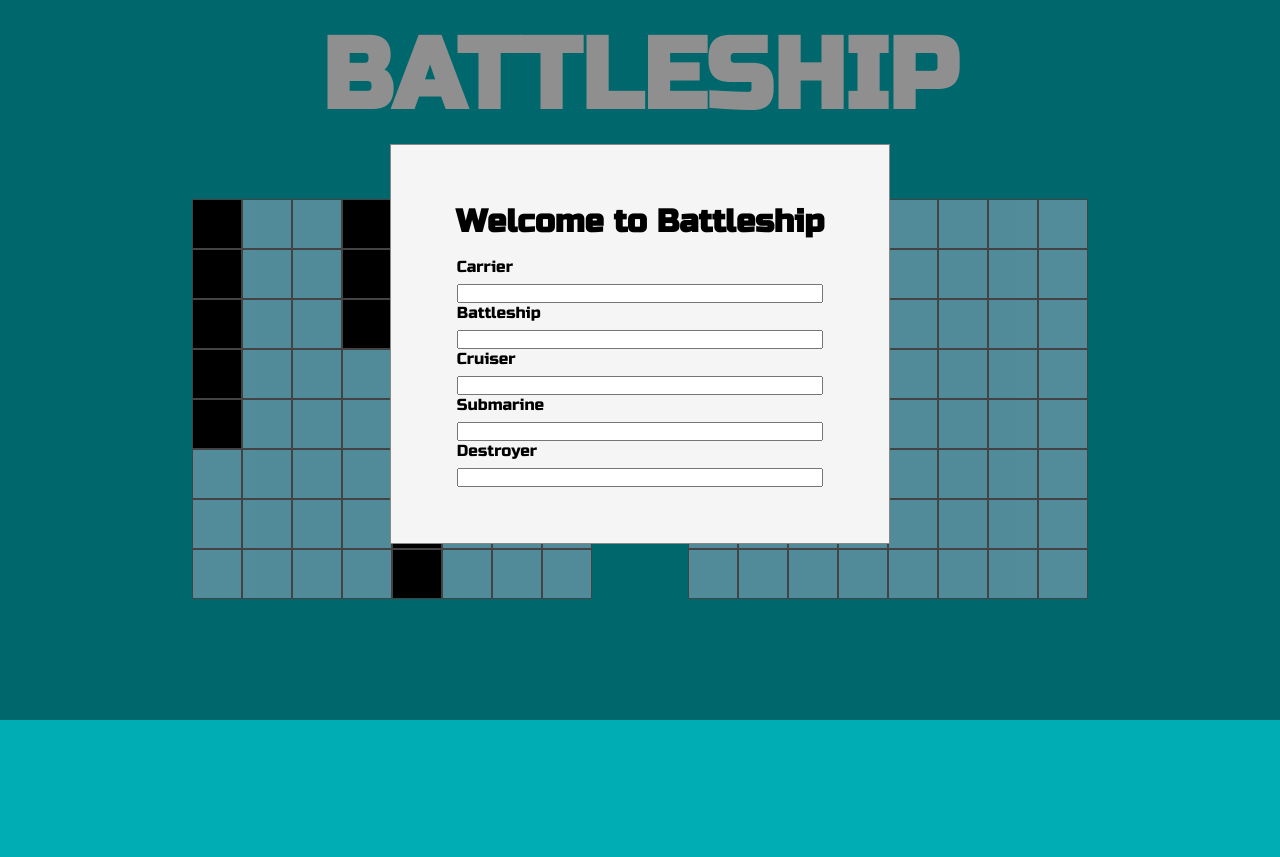
Repository: AzharMoosa/battleship
Page: /
The author's editor kept a copy of each file at every save. The page is drawn from the files as they stood at one save, then again after the next save.
The browser window is 1280 px wide. The pictures show the whole page.
The project was rebuilt for these pictures with package versions that can differ from the ones it lists, and the page was loaded fresh each time.

Above is the page before, as saved 2020-07-09 10:09:21.

### src/App.js
import React from "react";
import Header from "./components/Header";
import Board from "./components/Board";
import { PlayersProvider } from "./context/PlayersContext";
import "./App.css";

function App() {
  return (
    <PlayersProvider>
      <div>
        <Header />
        <Board />
      </div>
    </PlayersProvider>
  );
}

export default App;

### src/components/Header.js
import React from "react";

const Header = () => {
  return (
    <div className='header'>
      <h1>Battleship</h1>
    </div>
  );
};

export default Header;

### src/components/Board.js
import React, { useState, Fragment } from "react";
import Square from "./Square";
import PlainSquare from "./PlainSquare";
import Player from "../functions/Player";
import Gameboard from "../functions/Gameboard";
import Overlay from "./Overlay";
import HitMiss from "./HitMiss";
import PlaceShip from "./PlaceShip";
import { v4 as uuidv4 } from "uuid";

const Board = () => {
  // eslint-disable-next-line
  const [player, setPlayer] = useState(Player(false));
  // eslint-disable-next-line
  const [computer, setComputer] = useState(Player(true));
  const [playerBoard, setPlayerBoard] = useState(Gameboard());
  const [computerBoard, setComputerBoard] = useState(Gameboard());
  const [playerTurn, setPlayerTurn] = useState(true);

  const getOutcome = (hit) => {
    let outcome = document.querySelector(".hit-miss-outcome");
    if (hit === true) {
      outcome.innerHTML = "Hit!";
    } else {
      outcome.innerHTML = "Miss!";
    }
  };

  const startGame = () => {
    playerBoard.placeShip(0, 0, player.ships[0], 1);
    playerBoard.placeShip(4, 4, player.ships[1], 1);
    playerBoard.placeShip(3, 0, player.ships[2], 1);
    playerBoard.placeShip(5, 0, player.ships[3], 1);
    playerBoard.placeShip(7, 0, player.ships[4], 1);

    computerBoard.placeShip(0, 0, computer.ships[0], 0);
    computerBoard.placeShip(4, 2, computer.ships[1], 0);
    computerBoard.placeShip(0, 3, computer.ships[2], 0);
    computerBoard.placeShip(3, 5, computer.ships[3], 0);
    computerBoard.placeShip(0, 7, computer.ships[4], 0);
  };

  const getBoardElm = (elm) => {
    if (elm !== "") {
      return "square ship";
    } else {
      return "square";
    }
  };

  const displayModal = (name) => {
    let modal = document.querySelector(".modal");
    let title = document.querySelector(".winner-name");
    let overlay = document.querySelector(".overlay");
    modal.style.display = "block";
    overlay.style.display = "none";
    if (name === "Computer") {
      title.innerHTML = "Computer Wins";
    } else if (name === "Player") {
      title.innerHTML = "Player Wins";
    }
  };

  const resetGame = () => {
    setPlayer(Player(false));
    setComputer(Player(true));
    setPlayerBoard(Gameboard());
    setComputerBoard(Gameboard());
    setPlayerTurn(true);
    let modal = document.querySelector(".modal");
    let overlay = document.querySelector(".overlay");
    let outcome = document.querySelector(".hit-miss-outcome");
    modal.style.display = "none";
    overlay.style.display = "grid";
    outcome.innerHTML = "";
  };

  const gameOver = () => {
    if (playerBoard.allShipSunk(player.ships)) {
      displayModal("Computer");
    } else if (computerBoard.allShipSunk(computer.ships)) {
      displayModal("Player");
    }
  };

  const attackComputer = (e) => {
    if (playerTurn === true) {
      let updatedBoard = computerBoard;
      // Get Coord
      let coords = e.target.id.split(",");
      let x = coords[1];
      let y = coords[0];
      player.attackEnemy(updatedBoard, parseInt(x), parseInt(y));
      if (computerBoard.grid[x][y] === "") {
        e.target.classList.add("ship-miss");
        getOutcome(false);
      } else {
        e.target.classList.add("ship-hit");
        getOutcome(true);
      }
      setComputerBoard(updatedBoard);
      setPlayerTurn(false);
    }
    computerTurn();
  };

  const computerTurn = () => {
    if (playerTurn === true) {
      let updatedBoard = playerBoard;
      let randomCoords = computer.getRandomCoords();
      let square = document.getElementById(randomCoords);
      let coords = randomCoords.split(",");
      let x = coords[1];
      let y = coords[0];
      computer.computerAttack(updatedBoard, x, y);
      if (playerBoard.grid[x][y] === "") {
        square.classList.add("ship-miss");
      } else {
        square.classList.add("ship-hit");
      }
      gameOver();
      setPlayerBoard(updatedBoard);
      setPlayerTurn(true);
    }
  };

  return (
    <Fragment>
      <PlaceShip />
      <div className='container'>
        <HitMiss />
        <div className='game-boards'>
          {startGame()}
          <div className='game-board'>
            {playerBoard.grid.map((col, j) =>
              col.map((elm, i) => (
                <Square
                  key={uuidv4()}
                  elm={elm}
                  getBoardElm={getBoardElm}
                  id={`${i},${j}`}
                />
              ))
            )}
          </div>

          <div className='comp'>
            <div className='game-board comp-board'>
              {computerBoard.grid.map((col, j) =>
                col.map((elm, i) => (
                  <Square
                    key={uuidv4()}
                    elm={elm}
                    getBoardElm={getBoardElm}
                    attackComputer={attackComputer}
                    id={`${i},${j}`}
                  />
                ))
              )}
            </div>
            <div className='overlay game-board'>
              {computerBoard.grid.map((col, j) =>
                col.map((elm, i) => <PlainSquare key={uuidv4()} />)
              )}
            </div>
          </div>
        </div>
        <Overlay resetGame={resetGame} />
      </div>
    </Fragment>
  );
};

export default Board;

### src/context/PlayersContext.js
import React, { useState, createContext } from "react";
import Player from "../functions/Player";
import Gameboard from "../functions/Gameboard";

export const PlayersContext = createContext();

export const PlayersProvider = (props) => {
  const [players, usePlayers] = useState([
    // Player
    {
      player: Player(false),
      board: Gameboard(),
    },
    // Computer
    {
      player: Player(true),
      board: Gameboard(),
    },
  ]);

  return (
    <PlayersContext.Provider value={[players, usePlayers]}>
      {props.children}
    </PlayersContext.Provider>
  );
};

### src/App.css
@import url("https://fonts.googleapis.com/css2?family=Russo+One&display=swap");

:root {
  --bg-primary: #00adb5;
  --bg-light: #eeeeee;
  --bg-dark: #222831;
}

* {
  margin: 0;
  padding: 0;
  box-sizing: border-box;
}

body {
  font-family: "Russo One", sans-serif;
  background-color: var(--bg-primary);
}

.header {
  text-align: center;
}

.header h1 {
  color: var(--bg-light);
  font-size: 100px;
  text-transform: uppercase;
  margin-top: 1rem;
}

.game-boards {
  display: flex;
  align-items: center;
  justify-content: space-between;
  width: 70%;
  height: 55vh;
  margin: 3rem auto;
}

.game-board {
  display: grid;
  grid-template-columns: repeat(8, 1fr);
  width: 400px;
  height: 400px;
}

.square {
  border: 1px solid #707070;
  background-color: rgb(136, 231, 255);
  width: 50px;
  height: 50px;
  pointer-events: auto !important;
  cursor: pointer;
}

.plain-square {
  border: 1px solid #707070;
  background-color: rgb(136, 231, 255);
  width: 50px;
  height: 50px;
  pointer-events: none !important;
  cursor: pointer;
}

.ship {
  background-color: #000;
}

.ship-hit {
  background-color: rgb(255, 77, 77) !important;
  pointer-events: none !important;
}

.ship-miss {
  background-color: #fff !important;
  pointer-events: none !important;
}

.comp {
  display: grid;
}

.comp-board,
.overlay {
  grid-area: 1 / 1;
}

.container {
  display: flex;
  flex-direction: column;
  height: 100vh;
}

.overlay {
  pointer-events: none;
}

.start {
  /* display: none; */
  position: fixed;
  z-index: 1;
  left: 0;
  top: 0;
  width: 100%;
  height: 100%;
  background-color: rgb(0, 0, 0);
  background-color: rgba(0, 0, 0, 0.4);
}

.start-content {
  background-color: #f5f5f5;
  margin: 20vh auto;
  padding: 20px;
  border: 1px solid #888;
  width: 500px;
  height: 400px;
  display: flex;
  flex-direction: column;
  align-items: center;
  justify-content: center;
}

.coord-inputs {
  display: flex;
  flex-direction: column;
  width: 80%;
  margin-top: 1rem;
}

.coord-input {
  margin-top: 0.5rem;
}

.modal {
  display: none;
  position: fixed;
  z-index: 1;
  left: 0;
  top: 0;
  width: 100%;
  height: 100%;
  background-color: rgb(0, 0, 0);
  background-color: rgba(0, 0, 0, 0.4);
}

.modal-content-results {
  background-color: #f5f5f5;
  margin: 30vh auto;
  padding: 20px;
  border: 1px solid #888;
  width: 400px;
  height: 200px;
  display: flex;
  flex-direction: column;
  align-items: center;
  justify-content: center;
}

.winner-name {
  text-align: center;
  margin-bottom: 2rem;
  font-size: 40px;
}

.btn-primary {
  background-color: var(--bg-dark);
  color: #fff;
  width: 150px;
  height: 50px;
  font-size: 20px;
  border: none;
  outline: none;
  font-family: "Russo One", sans-serif;
  border-radius: 20px;
  cursor: pointer;
}

.hit-miss {
  display: flex;
  align-items: center;
  justify-content: center;
  margin-top: 1rem;
}

.hit-miss-outcome {
  color: #fff;
  font-size: 50px;
}

@media (min-width: 1700px) {
  .game-boards {
    height: 70vh;
    width: 80%;
  }

  .game-board {
    width: 650px;
    height: 650px;
  }

  .square,
  .plain-square {
    width: 81.25px;
    height: 81.25px;
  }
}

@media (max-width: 1200px) {
  .game-boards {
    height: 70vh;
    width: 80%;
    display: flex;
    flex-direction: column;
  }

  .game-board {
    width: 500px;
    height: 500px;
  }

  .comp {
    margin-top: 3rem;
  }

  .square,
  .plain-square {
    width: 62.5px;
    height: 62.5px;
  }
}

@media (max-width: 768px) {
  .header h1 {
    font-size: 60px;
  }

  .game-boards {
    width: 80%;
    display: flex;
    flex-direction: column;
  }

  .game-board {
    width: 400px;
    height: 400px;
  }

  .comp {
    margin-top: 3rem;
  }

  .square,
  .plain-square {
    width: 50px;
    height: 50px;
  }
}

@media (max-width: 414px) {
  .header h1 {
    font-size: 40px;
  }

  .game-boards {
    width: 70%;
    display: flex;
    flex-direction: column;
  }

  .game-board {
    width: 300px;
    height: 300px;
  }

  .comp {
    margin-top: 3rem;
  }

  .square,
  .plain-square {
    width: 37.5px;
    height: 37.5px;
  }

  .modal-content-results {
    width: 300px;
  }

  .winner-name {
    font-size: 35px;
  }

  .btn-primary {
    background-color: var(--bg-dark);
    color: #fff;
    width: 150px;
    height: 50px;
    font-size: 20px;
    border: none;
    outline: none;
    font-family: "Russo One", sans-serif;
    border-radius: 20px;
    cursor: pointer;
  }
}

@media (max-width: 375px) {
  .header h1 {
    font-size: 35px;
  }

  .game-boards {
    width: 70%;
    display: flex;
    flex-direction: column;
  }

  .game-board {
    width: 280px;
    height: 280px;
  }

  .comp {
    margin-top: 3rem;
  }

  .square,
  .plain-square {
    width: 35px;
    height: 35px;
  }
}

@media (max-width: 320px) {
  .modal-content-results {
    width: 250px;
  }

  .winner-name {
    font-size: 30px;
  }
}

### src/components/Square.js
import React from "react";

const Square = ({ elm, attackComputer, getBoardElm, id }) => {
  return (
    <div className={getBoardElm(elm)} id={id} onClick={attackComputer}></div>
  );
};

export default Square;

### src/components/PlainSquare.js
import React from "react";

const PlainSquare = () => {
  return <div className='plain-square'></div>;
};

export default PlainSquare;

### src/functions/Player.js
import Ship from "./Ship";

const Player = (ai) => {
  let previousShots = [];

  // Create Ships
  let carrier = Ship("Carrier", 5);
  let battleship = Ship("Battleship", 4);
  let cruiser = Ship("Cruiser", 3);
  let submarine = Ship("Submarine", 3);
  let destroyer = Ship("Destroyer", 2);
  let ships = [carrier, battleship, cruiser, submarine, destroyer];

  const attackEnemy = (enemyBoard, x, y) => {
    if (!previousShots.includes([x, y])) {
      enemyBoard.receiveAttack(x, y);
      previousShots.push([parseInt(x), parseInt(y)]);
      return true;
    }
    return false;
  };

  const checkCoord = (x, y) => {
    previousShots.forEach((coords) => {
      if (
        parseInt(coords[1]) === parseInt(x) &&
        parseInt(coords[0]) === parseInt(y)
      ) {
        return true;
      }
    });
    return false;
  };

  const getRandomCoords = (gameboard) => {
    let maximum = 7;
    let minimum = 0;
    let x = 0;
    let y = 0;

    do {
      x = Math.floor(Math.random() * (maximum - minimum + 1)) + minimum;
      y = Math.floor(Math.random() * (maximum - minimum + 1)) + minimum;
    } while (checkCoord(x, y));
    return `${x},${y}`;
  };

  const computerAttack = (enemyBoard, x, y) => {
    enemyBoard.receiveAttack(x, y);
    previousShots.push([x, y]);
  };

  return { previousShots, ships, attackEnemy, computerAttack, getRandomCoords };
};

export default Player;

### src/functions/Gameboard.js
const Gameboard = () => {
  let previousShots = [];
  const grid = new Array(8).fill("");
  for (let i = 0; i < grid.length; i++) {
    grid[i] = new Array(8).fill("");
  }

  const getGrid = () => {
    return grid;
  };

  const getPreviousShots = () => {
    return previousShots;
  };

  const placeShip = (x, y, ship, orientation) => {
    // Horizontal Orientation = 0
    // Vertical Orientation = 1

    // Check If Ship Fits
    let shipLength = ship.length;

    if (orientation === 0) {
      for (let i = x; i < x + ship.length; i++) {
        if (grid[y][i] !== "" || x + shipLength > 8) {
          return false;
        }
        grid[y][i] = ship;
        ship.setShipCoords(y, i);
      }
    } else if (orientation === 1) {
      for (let i = y; i < y + ship.length; i++) {
        if (grid[i][x] !== "" || y + shipLength > 8) {
          return false;
        }
        grid[i][x] = ship;
        ship.setShipCoords(i, x);
      }
    }
    return true;
  };

  const flatten = (arr) => {
    return arr.join(" |-| ");
  };

  const receiveAttack = (x, y) => {
    // Check if ship is at position
    if (grid[x][y] !== "") {
      let ship = grid[x][y];
      let shipCoords = ship.getShipCoords();
      let arrSearch = shipCoords.map((row) => {
        return flatten(row);
      });
      let pos = arrSearch.indexOf(flatten([x, y]));
      if (!ship.isHit(pos)) {
        ship.hit(pos);
        return true;
      }
    }
    previousShots.push([x, y]);
    return false;
  };

  const allShipSunk = (ships) => {
    for (let i = 0; i < ships.length; i++) {
      if (!ships[i].isSunk()) {
        return false;
      }
    }

    return true;
  };

  return {
    grid,
    previousShots,
    getGrid,
    placeShip,
    receiveAttack,
    getPreviousShots,
    allShipSunk,
  };
};

export default Gameboard;

### src/components/Overlay.js
import React from "react";

const Overlay = ({ resetGame }) => {
  return (
    <div className='modal'>
      <div className='modal-content-results'>
        <h1 className='winner-name'>Player Wins</h1>
        <button className='btn-primary' onClick={resetGame}>
          Restart
        </button>
      </div>
    </div>
  );
};

export default Overlay;

### src/components/HitMiss.js
import React from "react";

const HitMiss = () => {
  return (
    <div className='hit-miss'>
      <h1 className='hit-miss-outcome'>{}</h1>
    </div>
  );
};

export default HitMiss;

### src/components/PlaceShip.js
import React, { useState } from "react";

const PlaceShip = () => {
  const [carrier, setCarrier] = useState("");
  const [battleship, setBattleship] = useState("");
  const [cruiser, setCruiser] = useState("");
  const [submarine, setSubmarine] = useState("");
  const [destroyer, setDestroyer] = useState("");

  return (
    <div className='start'>
      <div className='start-content'>
        <h1>Welcome to Battleship</h1>
        <div className='coord-inputs'>
          <label htmlFor='carrier'>Carrier</label>
          <input
            type='text'
            onChange={(e) => setCarrier(e.target.value)}
            className='coord-input'
          />
          <label htmlFor='battleship'>Battleship</label>
          <input
            type='text'
            onChange={(e) => setBattleship(e.target.value)}
            className='coord-input'
          />
          <label htmlFor='cruiser'>Cruiser</label>
          <input
            type='text'
            onChange={(e) => setCruiser(e.target.value)}
            className='coord-input'
          />
          <label htmlFor='submarine'>Submarine</label>
          <input
            type='text'
            onChange={(e) => setSubmarine(e.target.value)}
            className='coord-input'
          />
          <label htmlFor='destroyer'>Destroyer</label>
          <input
            type='text'
            onChange={(e) => setDestroyer(e.target.value)}
            className='coord-input'
          />
        </div>
      </div>
    </div>
  );
};

export default PlaceShip;

### src/functions/Ship.js
const Ship = (name, length) => {
  // Fills ship with false
  const ship = new Array(length).fill(false);
  let shipCoords = [];

  // Hit
  const hit = (pos) => (ship[pos] = true);

  // If Ship Sunk
  const isSunk = () => {
    return ship.every((v) => v === true);
  };

  const isHit = (pos) => {
    return ship[pos] === true ? true : false;
  };

  // Returns ship
  const getShip = () => {
    return ship;
  };

  const setShipCoords = (x, y) => {
    shipCoords.push([x, y]);
  };

  const getShipCoords = () => {
    return shipCoords;
  };

  return {
    name,
    ship,
    length,
    hit,
    isSunk,
    isHit,
    getShip,
    setShipCoords,
    getShipCoords,
  };
};

export default Ship;

Loaded but not shown: public/index.html (common file); src/index.js (common file)

After the next save:
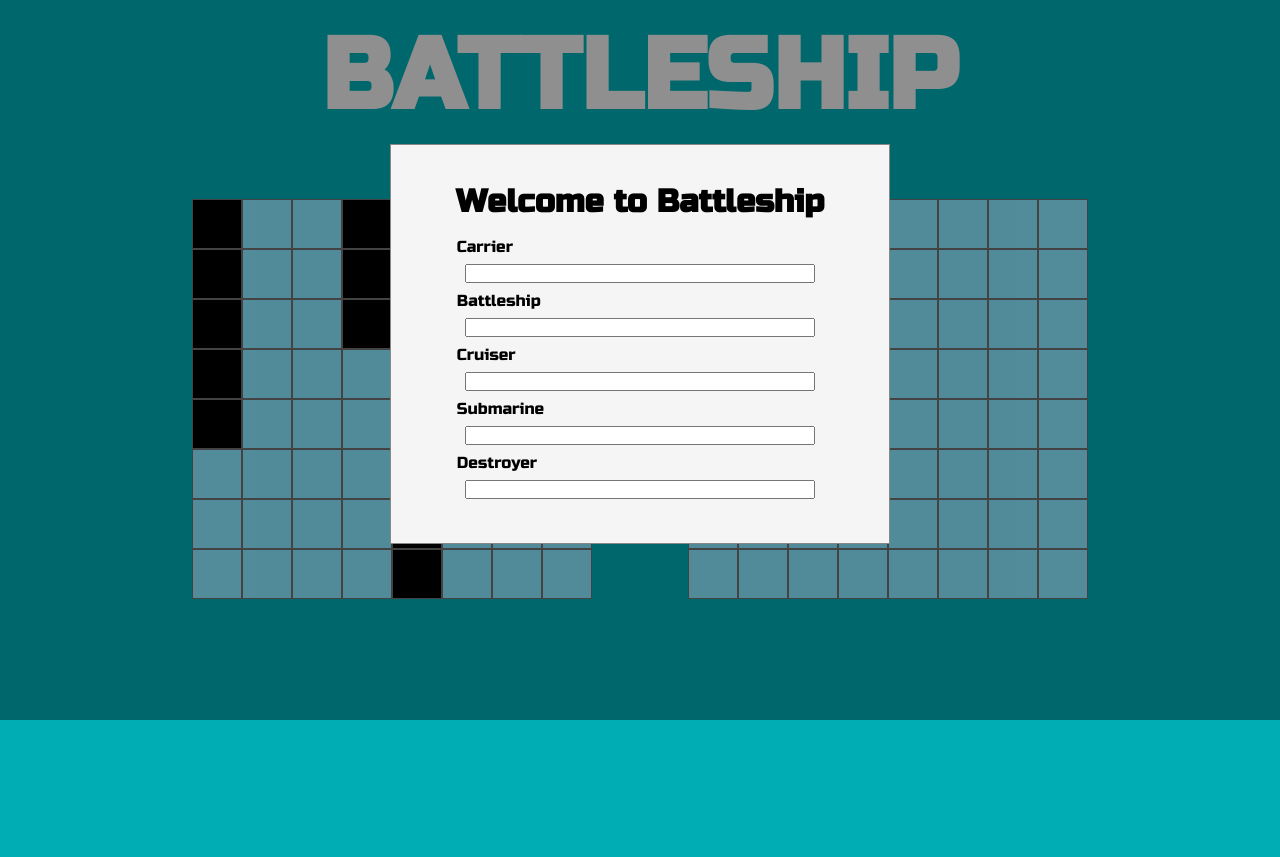
Saved 4 s later.
--- a/src/App.css
+++ b/src/App.css
@@ -128,7 +128,7 @@ body {
 }
 
 .coord-input {
-  margin-top: 0.5rem;
+  margin: 0.5rem;
 }
 
 .modal {
